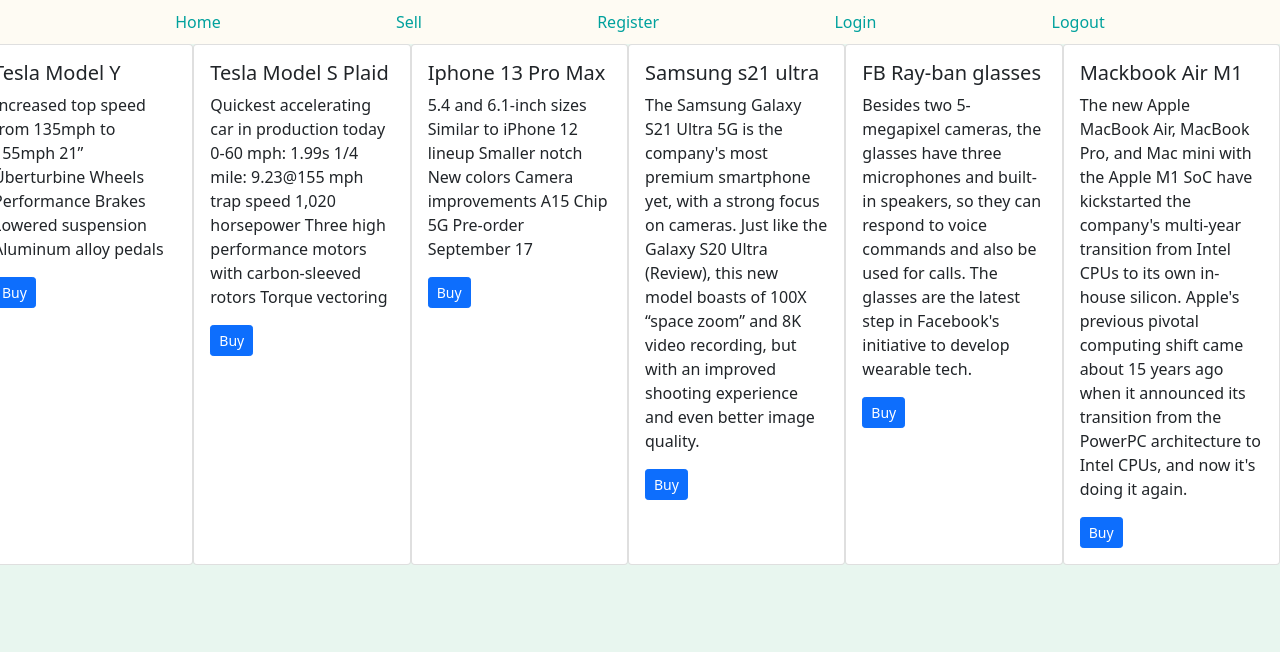
Repository: RiteshK555/itw-project
Page: http://localhost/
The author's editor kept a copy of each file at every save. The page is drawn from the files as they stood at one save, then again after a run of saves.
The browser window is 1280 px wide. The pictures show the whole page.
The page is served by the project's application, run on Django 3.2 (student_olx/manage.py). The page reads the database file committed with the project.

Above is the page before, as saved 2021-09-19 14:24:36.

After the next 2 saves:
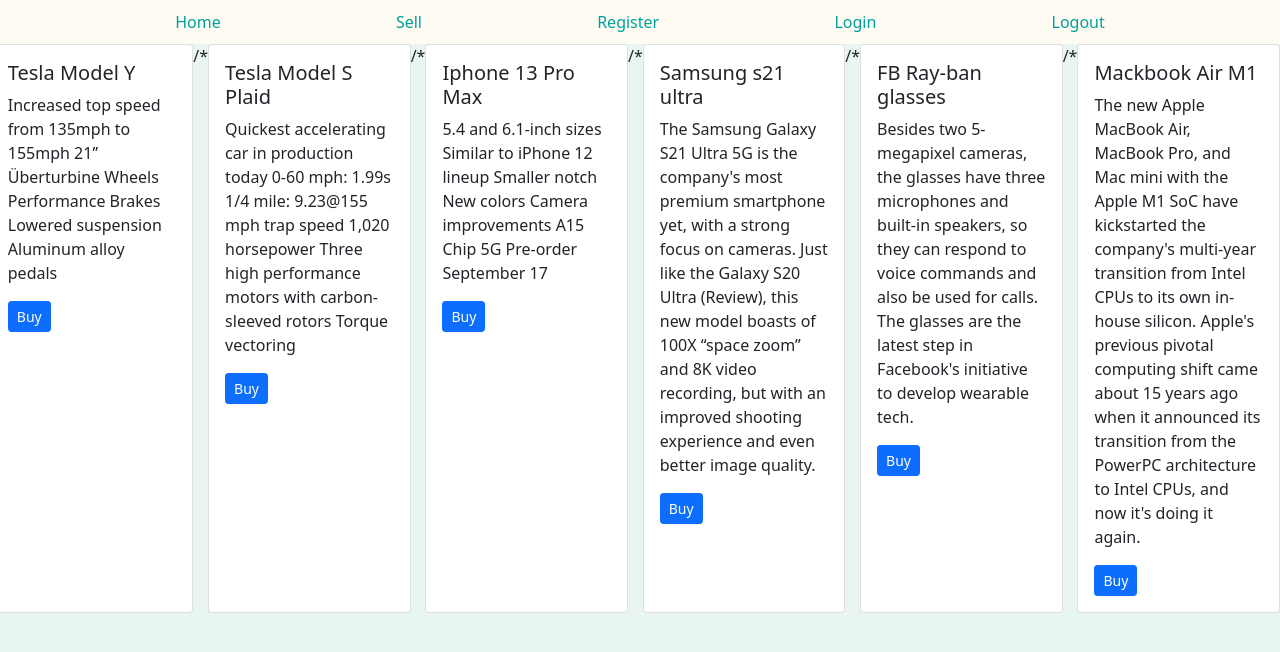
The 2 saves are shown as one change because they came seconds apart.
The last was saved 17 s later.
--- a/student_olx/main/templates/main/home.html
+++ b/student_olx/main/templates/main/home.html
@@ -13,7 +13,7 @@
 </div>
 {%for product in  products%}
 
-<div class="card" style="width: 18rem;">
+/*<div class="card" style="width: 18rem;">
   {% comment %} <img src="..." class="card-img-top" alt="..."> {% endcomment %}
   <div class="card-body">
     <h5 class="card-title">{{product.product_name}}</h5>

After the 4 saves that followed:
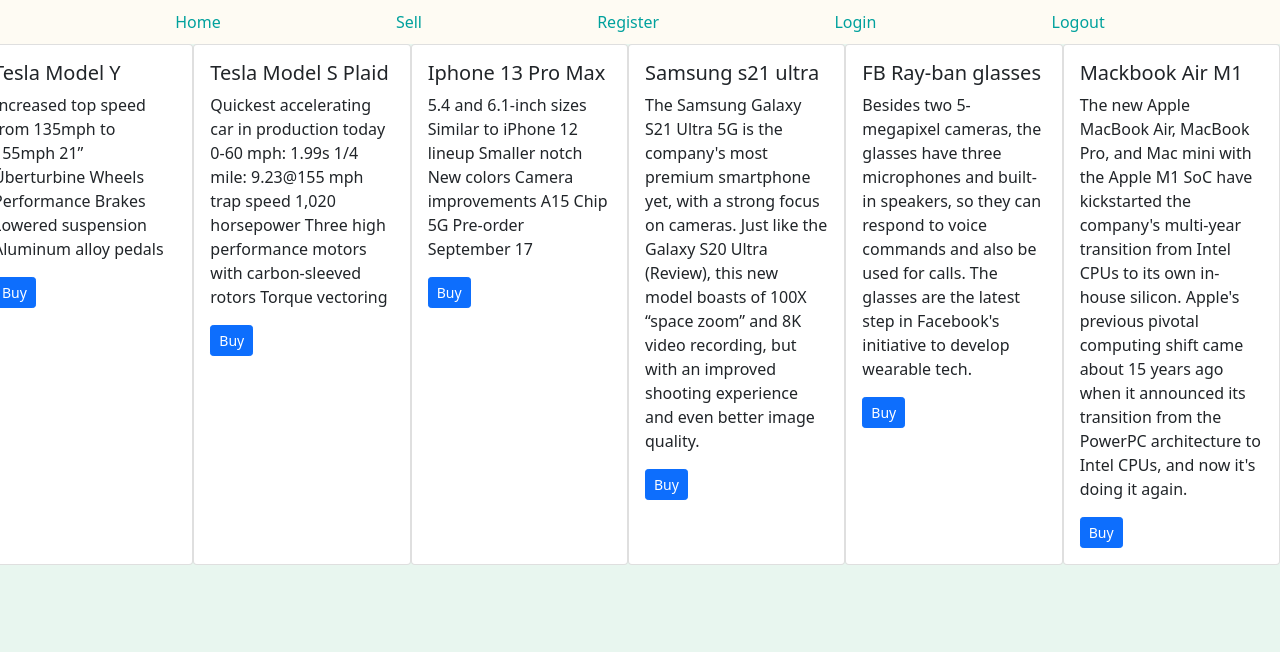
The 4 saves are shown as one change because 2 left the picture as it was and some came seconds apart.
The last was saved 19 s later.
--- a/student_olx/main/templates/main/home.html
+++ b/student_olx/main/templates/main/home.html
@@ -13,7 +13,7 @@
 </div>
 {%for product in  products%}
 
-/*<div class="card" style="width: 18rem;">
+<div class="card" style="width: 18rem;">
   {% comment %} <img src="..." class="card-img-top" alt="..."> {% endcomment %}
   <div class="card-body">
     <h5 class="card-title">{{product.product_name}}</h5>
